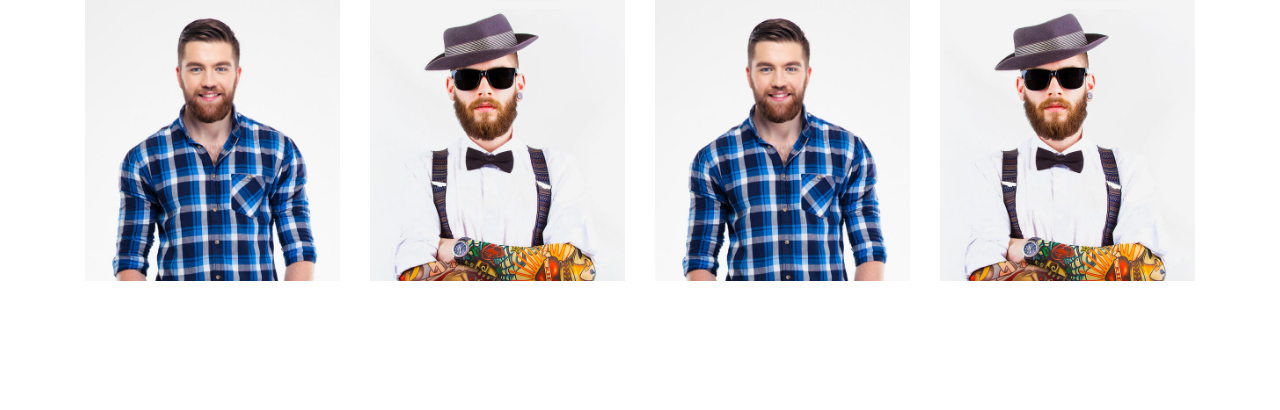
Repository: abdallahgad0000/RouteTeam
Page: index.html
These files come from the project's save history. The page is drawn as it stood at one moment and after the next save; the edit follows.
The browser window is 1280 px wide. The pictures show the whole page.

Above is the page before, as saved 2020-12-26 10:55:42.

After the next save:
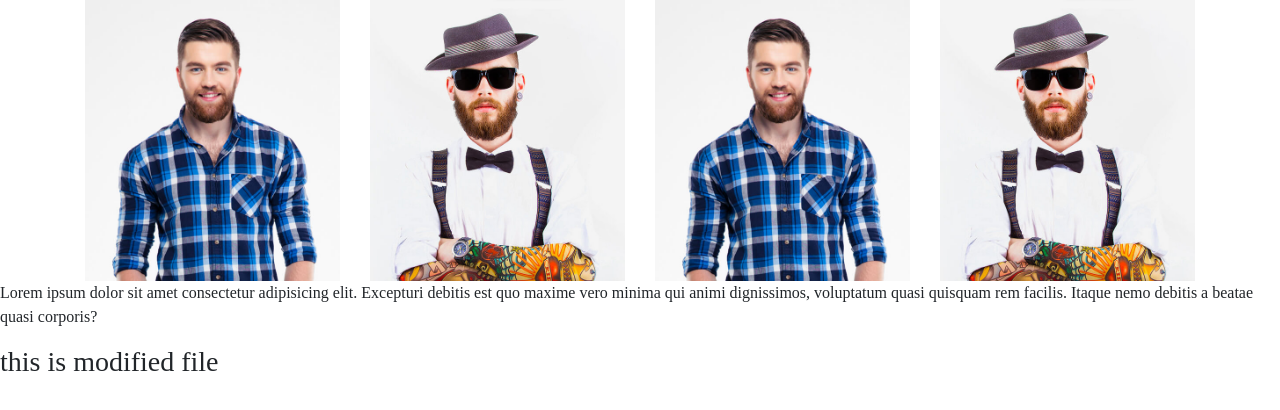
Saved 11 s later.
--- a/index.html
+++ b/index.html
@@ -36,7 +36,8 @@
     <!--end of section 1-->
 
     <section>
-
+      <p> Lorem ipsum dolor sit amet consectetur adipisicing elit. Excepturi debitis est quo maxime vero minima qui animi dignissimos, voluptatum quasi quisquam rem facilis. Itaque nemo debitis a beatae quasi corporis? </p>
+    <h3> this is modified file</h3>
     </section>
 
     <script src="js/main.js"></script>
